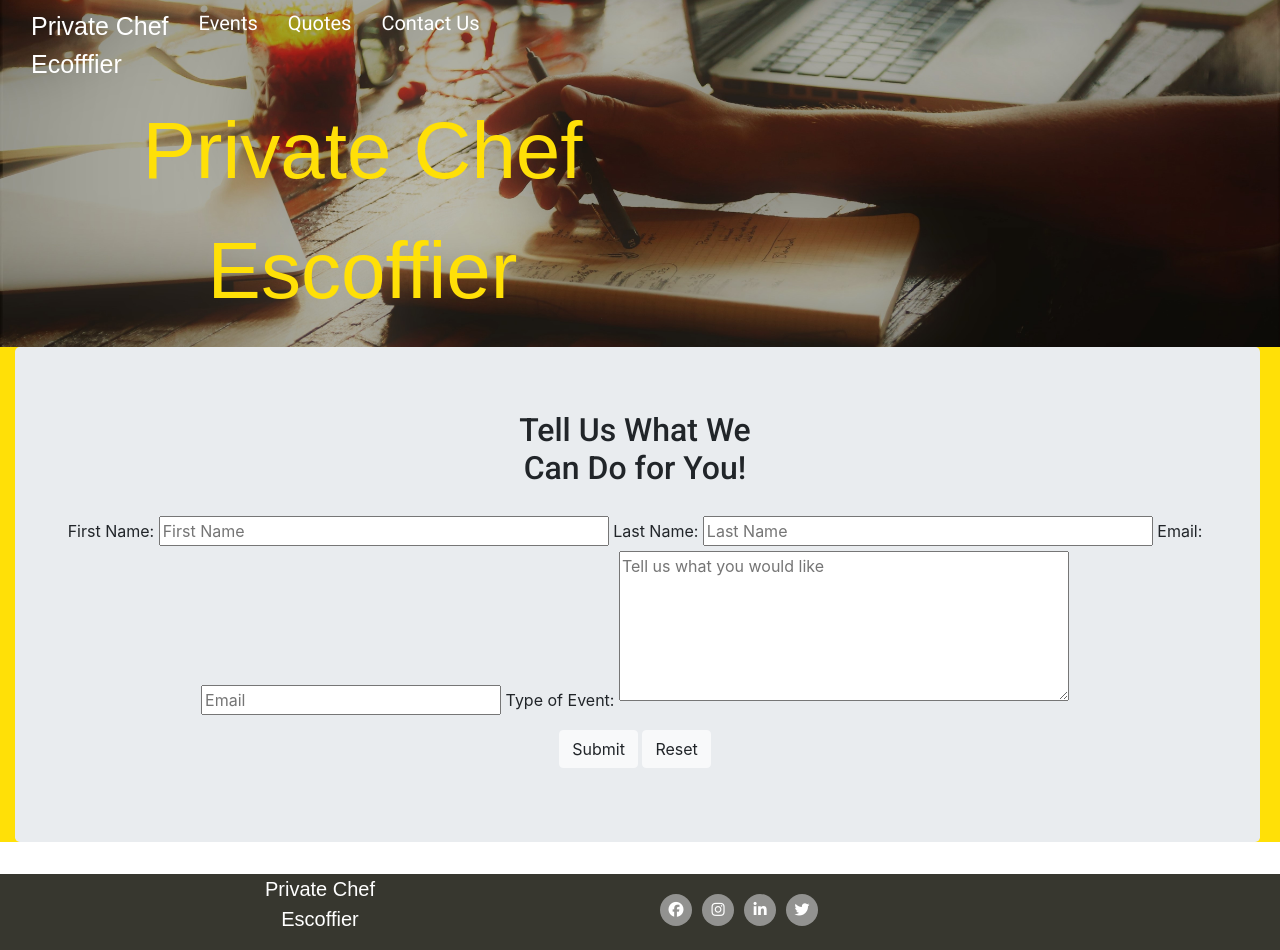
Repository: Mrsebastino/First-Milestone
Page: contact.html
The author's editor kept a record of every edit. The page is drawn from the files as they stood at one moment, then again after the next edit.
The browser window is 1280 px wide. The pictures show the whole page.
Some web fonts or font styles are not loaded; a fallback is used. Some web libraries are served in a nearby version.

Above is the page before.

After the next edit:
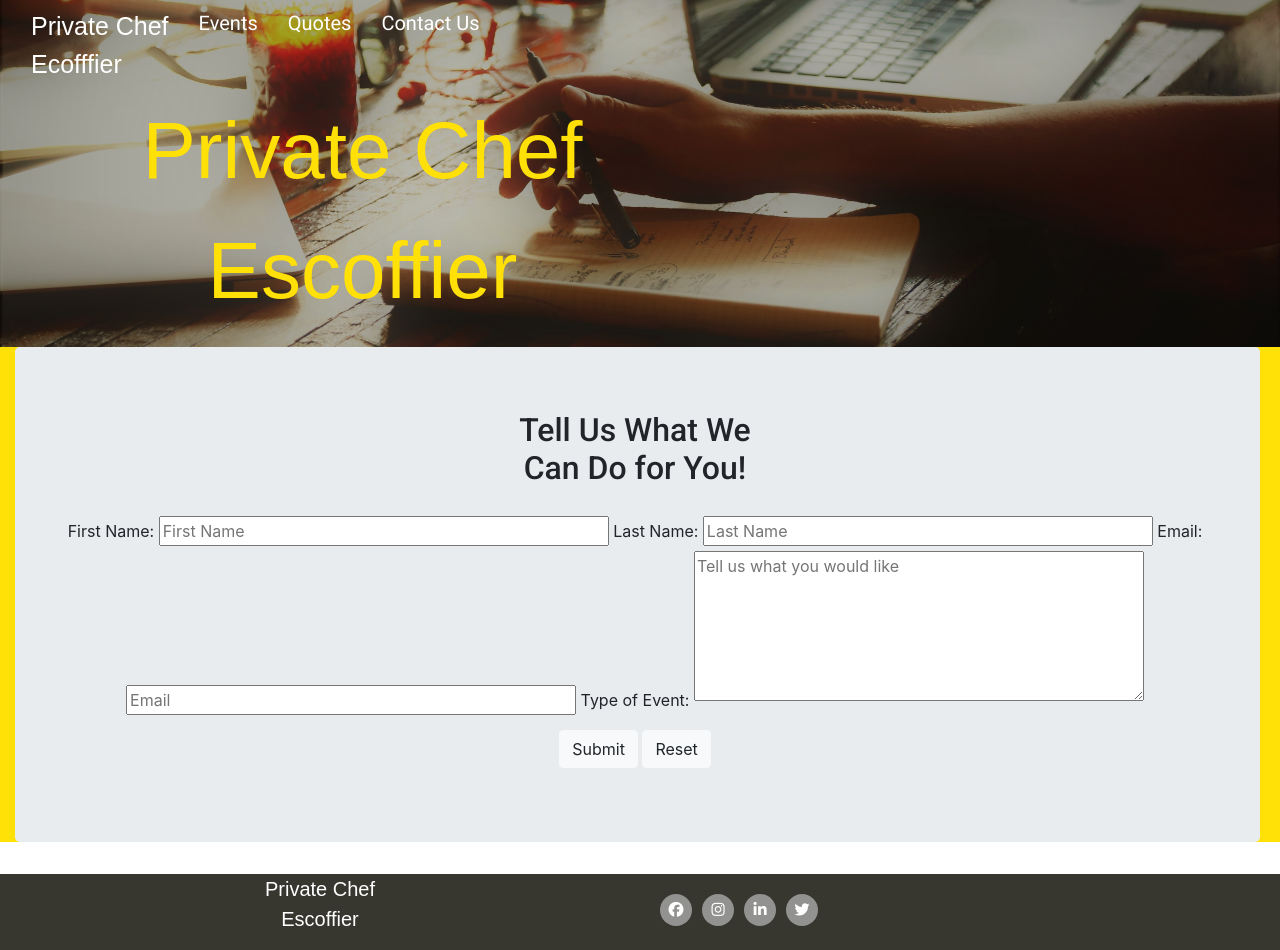
The edit:
--- a/contact.html
+++ b/contact.html
@@ -64,7 +64,7 @@
                         <label class="label" for="lname">Last Name:</label>
                         <input id="lname" name="lname" type="text" placeholder="Last Name">
                         <label class="label" for="email">Email:</label>
-                        <input style="width: 300px;" id="email" name="email" type="email" placeholder="Email">
+                        <input id="email" name="email" type="email" placeholder="Email">
                         <label class="label" for="event">Type of Event:</label>
                         <textarea name="event" id="event" placeholder="Tell us what you would like"
                         style="height: 150px"></textarea>
